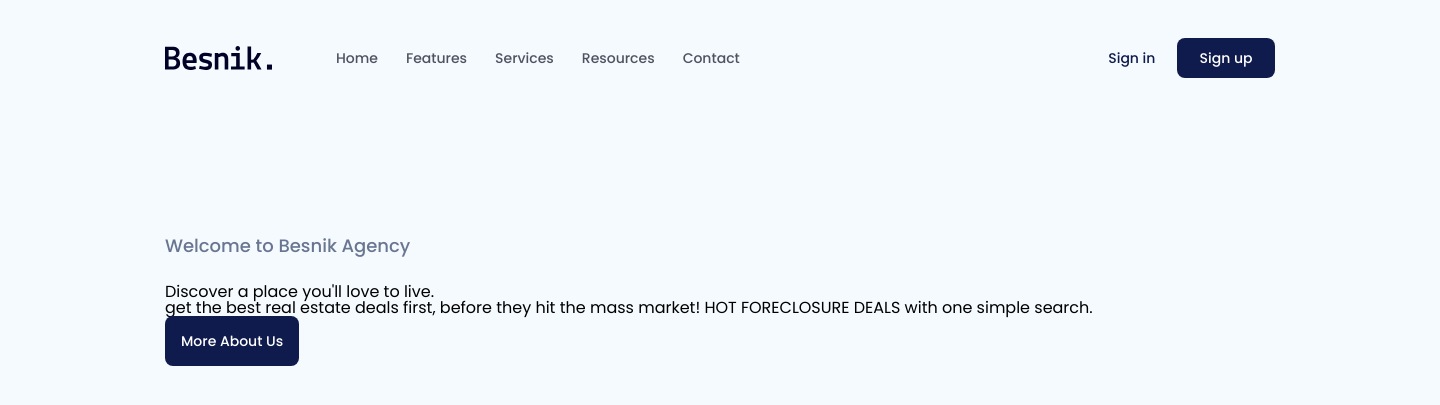
Repository: Tctiensk/f8-htmlcss-01
Page: index.html
The author's editor kept a copy of each file at every save. The page is drawn from the files as they stood at one save, then again after the next save.
The browser window is 1280 px wide. The page is 1440 px wide, so the pictures cover 1440 px, including what lies to the right of the window. The pictures show the whole page.

Above is the page before, as saved 2022-11-29 22:54:17.

After the next save:
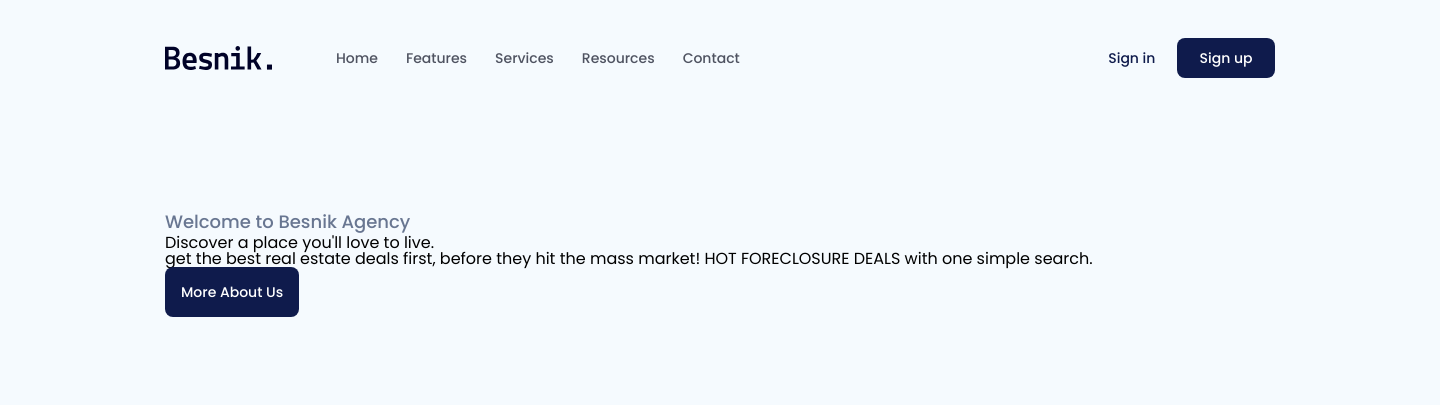
Saved 2 min 9 s later.
--- a/assets/css/style.css
+++ b/assets/css/style.css
@@ -80,6 +80,6 @@
 .hero .sub-title {
     font-weight: 500;
     font-size: 1.8rem;
-    line-height: 76px;
+    line-height: 1.5;
     color: #687691;
 }
